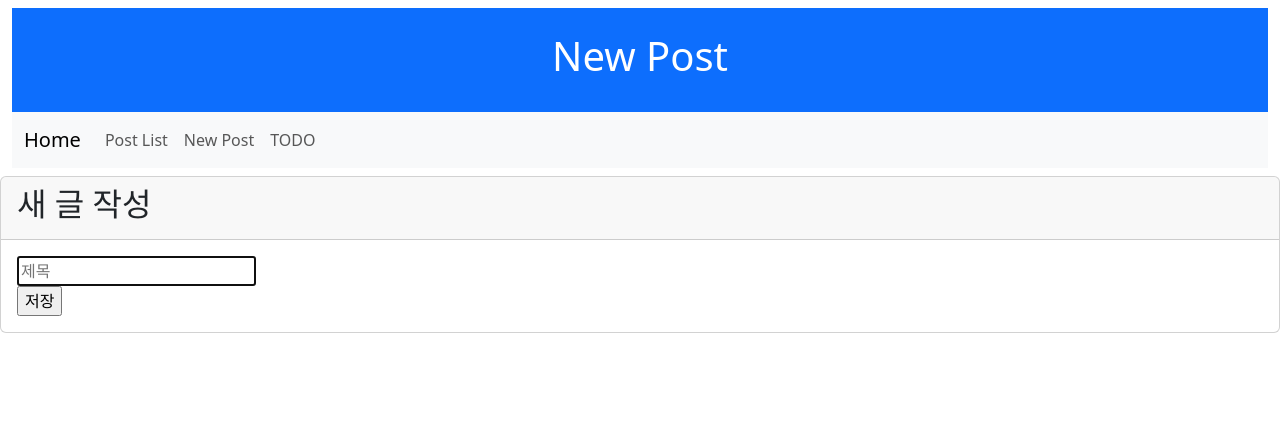
Repository: ldj0905/javaproject
Page: http://localhost/lab05_jsp/post/create
These files come from the project's save history. The page is drawn as it stood at one moment and after the next save; the edit follows.
The browser window is 1280 px wide. The pictures show the whole page.
The page is served by Tomcat 10.

Above is the page before, as saved 2024-05-29 02:45:23.

After the next save:
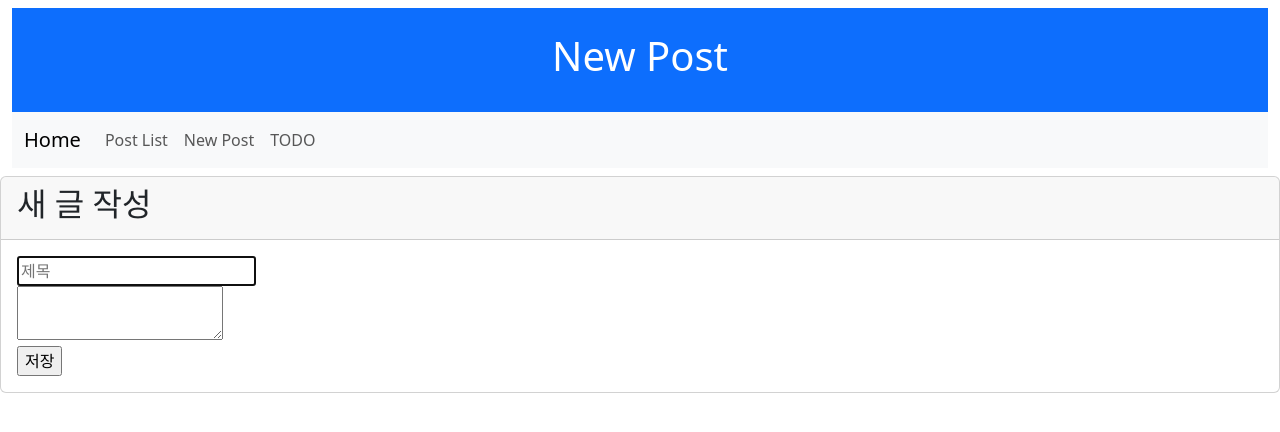
Saved 83 s later.
--- a/lab05_jsp/src/main/webapp/WEB-INF/views/post/create.jsp
+++ b/lab05_jsp/src/main/webapp/WEB-INF/views/post/create.jsp
@@ -27,7 +27,10 @@
                 <form method="post" action ="${newPostPage}"></form> <!-- 왜 포스트 방식으로보냄 -->
                     <div>
                         <input type ="text" name="title" placeholder="제목"
-                            required autofocus/>
+                            required autofocus />
+                    </div>
+                    <div>
+                        <textarea row="5" name="content"></textarea> <!-- 얘가 글상자 -->
                     </div>
                     <div>
                         <input type = "submit" value="저장"/>
